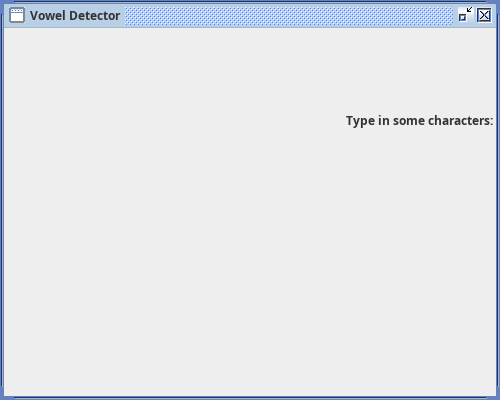
Repository: armandodollia/Java101
Program's window: java Lab5/src/isVowel.java
An editor plug-in stored every save of this project. The program's window is shown before and after the next save, followed by the edit.
It runs on Java 21 on a 1366 x 768 screen with the Metal look.

Above is the program's window before, as saved 2014-10-01 17:07:46.

After the next save:
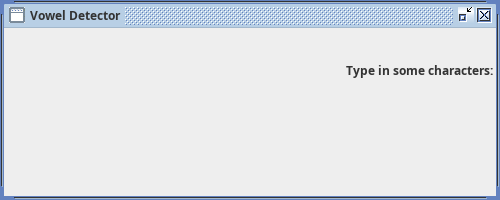
Saved 12 s later.
--- a/Lab5/src/isVowel.java
+++ b/Lab5/src/isVowel.java
@@ -9,7 +9,7 @@
 public class isVowel extends JFrame{
 	private JLabel character;
 	private static final int width = 500;
-	private static final int height = 400;
+	private static final int height = 200;
 
 	public isVowel(){
 		setTitle("Vowel Detector");
